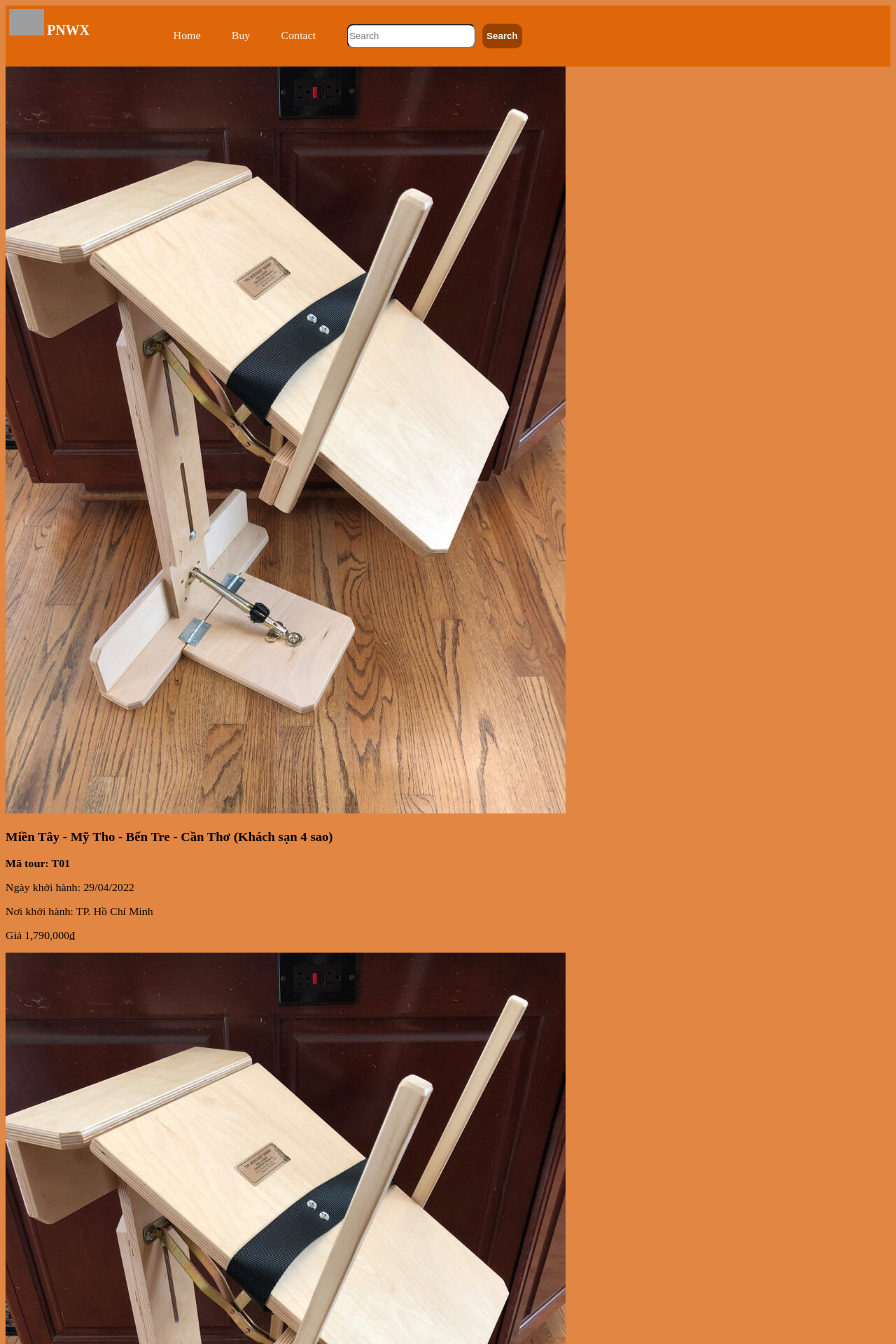
Repository: meiming24/meiming24.github.io
Page: index.html
An editor plug-in stored every save of this project. The page is shown before and after the next save, followed by the edit.
The browser window is 1280 px wide. The pictures show the part of the page from y = 0 to 1920 px (the page is 7694 px tall before and 1262 px after), at 70% of full size.
Pictures or frames that could not be fetched are drawn as grey boxes.

Above is the page before, as saved 2022-05-09 23:34:49.

### index.html
<!DOCTYPE html>
<html lang="en">
<head>
    <meta charset="UTF-8">
    <meta http-equiv="X-UA-Compatible" content="IE=edge">
    <meta name="viewport" content="width=device-width, initial-scale=1.0">
    <title>Pacific Northwest X-Ray</title>
    <link rel="stylesheet" href="index.css" />
</head>
<body>
    <div class="container">

        <div class="logo">
            <img src="https://i.postimg.cc/hG3zmBz9/xray.png" alt="logo">
            <a href="#">PNWX</a>
        </div>

        <div class="nav-bar">
            <nav>
                <ul>
                    <li>
                        <a href="#">Home</a>
                    </li>

                    <li>
                        <a href="#">Buy</a>
                    </li>

                    <li>
                        <a href="#">Contact</a>
                    </li>

                    <li>
                        <form class="d-flex">
                            <input type="search" placeholder="Search"/>
                            <button type="submit">Search</button>
                        </form>
                    </li>

                </ul>


            </nav>

        </div>

    </div>

    <div class="main">

        <div class="content">

            <div class="item">
                <img src="/img/Xray.jpg" alt="item1">
                <h3>Miền Tây - Mỹ Tho - Bến Tre - Cần Thơ (Khách sạn 4 sao)</h3>
                <b>Mã tour: T01</b>
                <p>Ngày khởi hành: 29/04/2022</p>
                <p>Nơi khởi hành: TP. Hồ Chí Minh</p>
                <p class="price">Giá 1,790,000₫</p>
            </div>

            <div class="item">
                <img src="/img/Xray.jpg" alt="item2">
                <h3>Bangkok - Pattaya (Khách sạn 4*, tặng Buffet tại tòa nhà 86 tầng BaiYoke Sky)</h3>
                <b>Mã tour: T02</b>
                <p>Ngày khởi hành: 29/04/2022</p>

                <p>Nơi khởi hành: TP. Hồ Chí Minh</p>
                <p class="price">Giá 12,990,000₫</p>
            </div>

            <div class="item">
                <img src="/img/Xray.jpg" alt="item3">
                <h3>Campuchia: Khám phá nét đẹp cổ kính Siem Reap - Phnom Penh (Khách sạn 3*) - Lễ 30/04</h3>
                <b>Mã tour: T03</b>
                <p>Ngày khởi hành: 29/04/2022</p>

                <p>Nơi khởi hành: TP. Hồ Chí Minh</p>
                <p class="price">Giá 7,990,000₫ </p>
            </div>

            <div class="item">
                <img src="/img/Xray.jpg" alt="item4">
                <h3>Đông Bắc: Hà Nội - Hà Giang - Lũng Cú - Mã Pí Lèng - Mèo Vạc - Cao Bằng - Hồ Ba Bể</h3>
                <b>Mã tour: T04</b>
                <p>Ngày khởi hành: 30/04/2022</p>

                <p>Nơi khởi hành: TP. Hà Nội</p>
                <p class="price">Giá 9,590,000₫</p>
            </div>

            <div class="item">
                <img src="/img/Xray.jpg" alt="item5">
                <h3>Tây Bắc: Hà Nội - Mộc Châu - Sơn La - Điện Biên - Lai Châu - Sapa - Fansipan - Nghĩa Lộ</h3>
                <b>Mã tour: T05</b>
                <p>Ngày khởi hành: 30/04/2022</p>

                <p>Nơi khởi hành: TP. Hà Nội</p>
                <p class="price">Giá 9,790,000₫</p>
            </div>

            <div class="item">
                <img src="/img/Xray.jpg" alt="item6">
                <h3>Tây Bắc Mùa Nước Đổ:Hà Nội - Đền Hùng - Yên Bái - Sapa - Fansipan - Sơn La - Mộc Châu</h3>
                <b>Mã tour: T06</b>
                <p>Ngày khởi hành: 30/04/2022</p>

                <p>Nơi khởi hành: TP. Hà Nội</p>
                <p class="price">Giá 9,790,000₫</p>
            </div>

        </div>

    </div>

</body>
</html>

### index.css
body {
    background-color: #e28743
}

.container {
    display: flex;
    flex-flow: row wrap;
    background-color: #df6609;
}

.container > * {
    padding: 0px;
    margin: 0PX;
    box-sizing: border-box;
}

.logo {
    flex-basis: 15%;
    font-weight: 600;
    text-decoration: none;
    padding: 5px;
    display: inline-block;
}

.logo > img {
    width: 50px;
}

.logo > a {
    text-decoration: none;
    font-size: 20px;
    color: #fff;
}

.nav-bar {
    display: flex;
    align-items: center;
}

.nav-bar > nav {
    flex: 100%;
    text-align: left;
}

.nav-bar > nav ul {
    display: inline-block;
    list-style-type: none;
}

.nav-bar > nav ul li{
    display: inline-block;
    margin-right: 20px;
    padding: 10px;
}

.nav-bar > nav ul li a{
    text-decoration: none;
    border-bottom-style: none;
    color: #fff;
}

.nav-bar > nav ul li:hover{
    background-color: #b34f03;
}

.nav-bar > nav ul li form input {
    height: 35px;
    border-radius: 10px;
    margin-right: 5px;
}

.nav-bar > nav ul li form button {
    height: 35px;
    border-radius: 10px;
    border-style: none;
    font-weight: 600;
    color: #fff;
    background: #984200;
}

.nav-bar > nav ul li form button:hover {
    background: #4e2201;
}

After the next save:
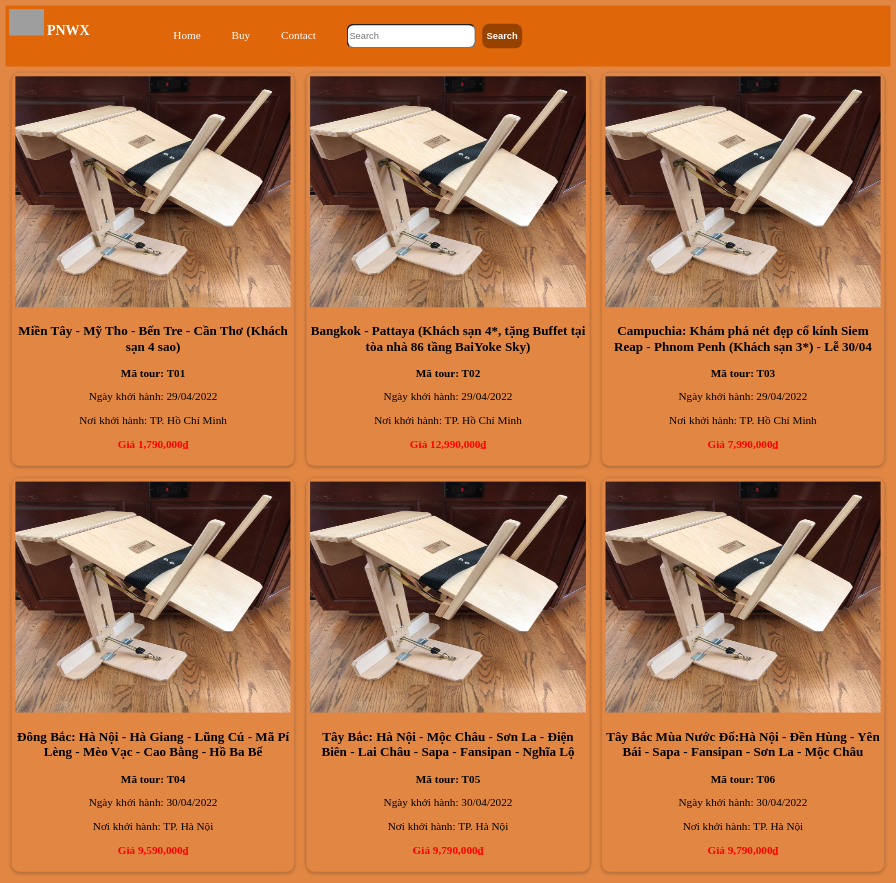
Saved 11 min 26 s later.
--- a/index.css
+++ b/index.css
@@ -81,3 +81,46 @@ body {
 .nav-bar > nav ul li form button:hover {
     background: #4e2201;
 }
+
+.main {
+    display: flex;
+    width: 100%;
+    flex-flow: wrap;
+}
+.text {
+    flex: 100%;
+    text-align: center;
+    font-family: Arial;
+    color: rgb(0, 0, 0);
+    font-size: xx-large;
+    padding: 20px;
+}
+.content {
+    flex:100%;
+    display: flex;
+    flex-flow: wrap;
+}
+.content img {
+    height: 330px;
+    width: 100%;
+}
+.content .item {
+    text-align: center;
+    flex: 28%;
+   border: 1px solid rgba(97, 88, 88,0.25)  ;
+   margin: 8px;
+   padding: 5px;
+   box-shadow: 0 2px 5px rgba(0, 0, 0, 0.25);
+   border-radius: 12px;
+   transition: all 1s ease-in-out;
+}
+.content .price {
+    color: red;
+    font-weight: 900;
+}
+.content .item:hover {
+    box-shadow: 0 8px 15px rgba(0, 0, 0, 0.3);
+}
+/* .content .item:hover img {
+    height: 340px;
+} */
